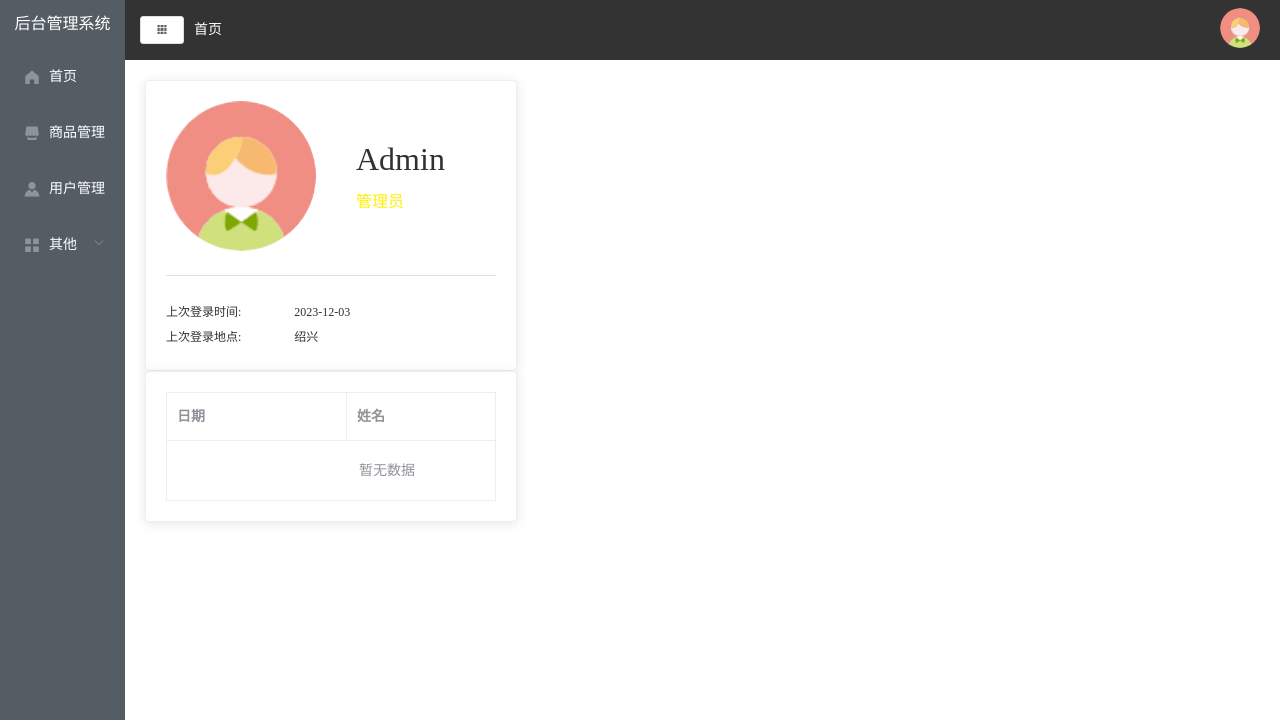
Repository: tkqi/manage
Page: /
An editor plug-in stored every save of this project. The page is shown before and after the next save, followed by the edit.
The browser window is 1280 px wide. The pictures show the whole page.
The project was rebuilt for these pictures with package versions that can differ from the ones it lists, and the page was loaded fresh each time. Also part of the build but not shown: vue.config.js.

Above is the page before, as saved 2023-12-03 16:03:17.

After the next save:
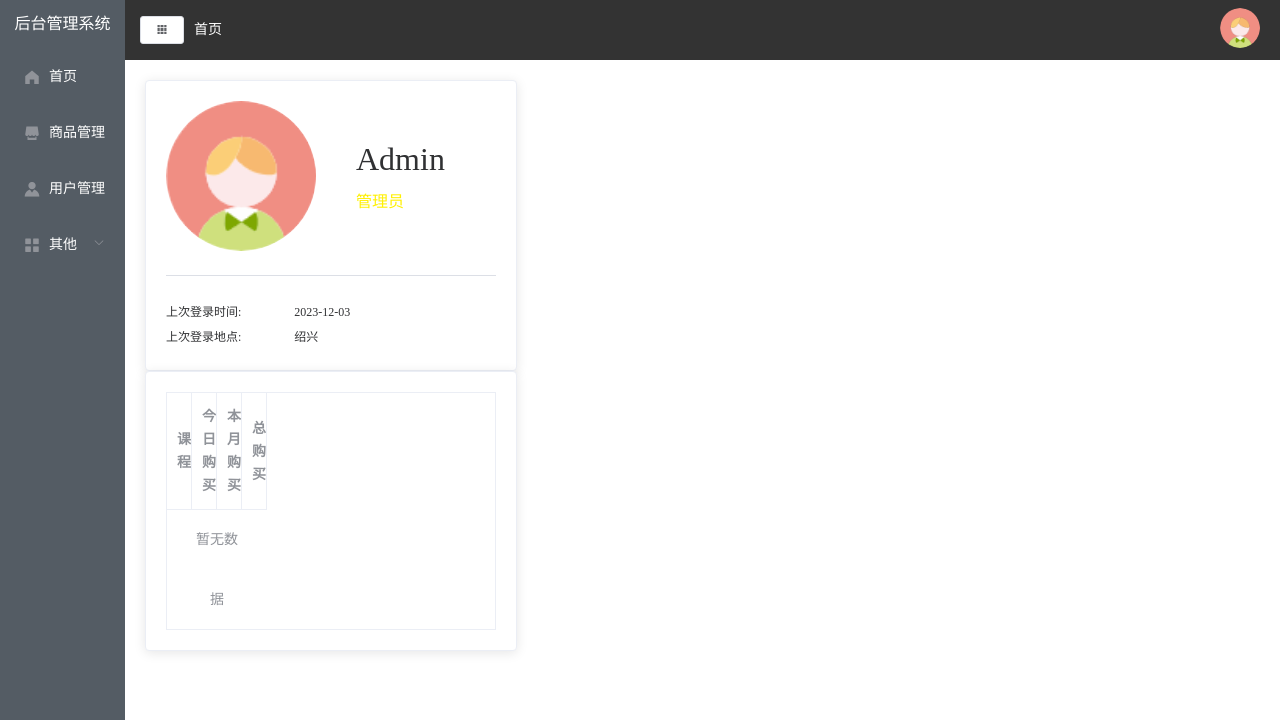
Saved 8 min 54 s later.
--- a/src/views/Home.vue
+++ b/src/views/Home.vue
@@ -19,11 +19,13 @@
                 </el-card>
                 <el-card>
                     <el-table :data="tableData" border style="width: 100%">
-                        <el-table-column prop="date" label="日期" width="180">
+                        <el-table-column prop="date" label="课程" width="25%">
                         </el-table-column>
-                        <el-table-column prop="name" label="姓名" width="180">
+                        <el-table-column prop="name" label="今日购买" width="25%">
                         </el-table-column>
-                        <el-table-column prop="address" label="地址">
+                        <el-table-column prop="address" label="本月购买" width="25%">
+                        </el-table-column>
+                        <el-table-column prop="address" label="总购买" width="25%">
                         </el-table-column>
                     </el-table>
                 </el-card>
